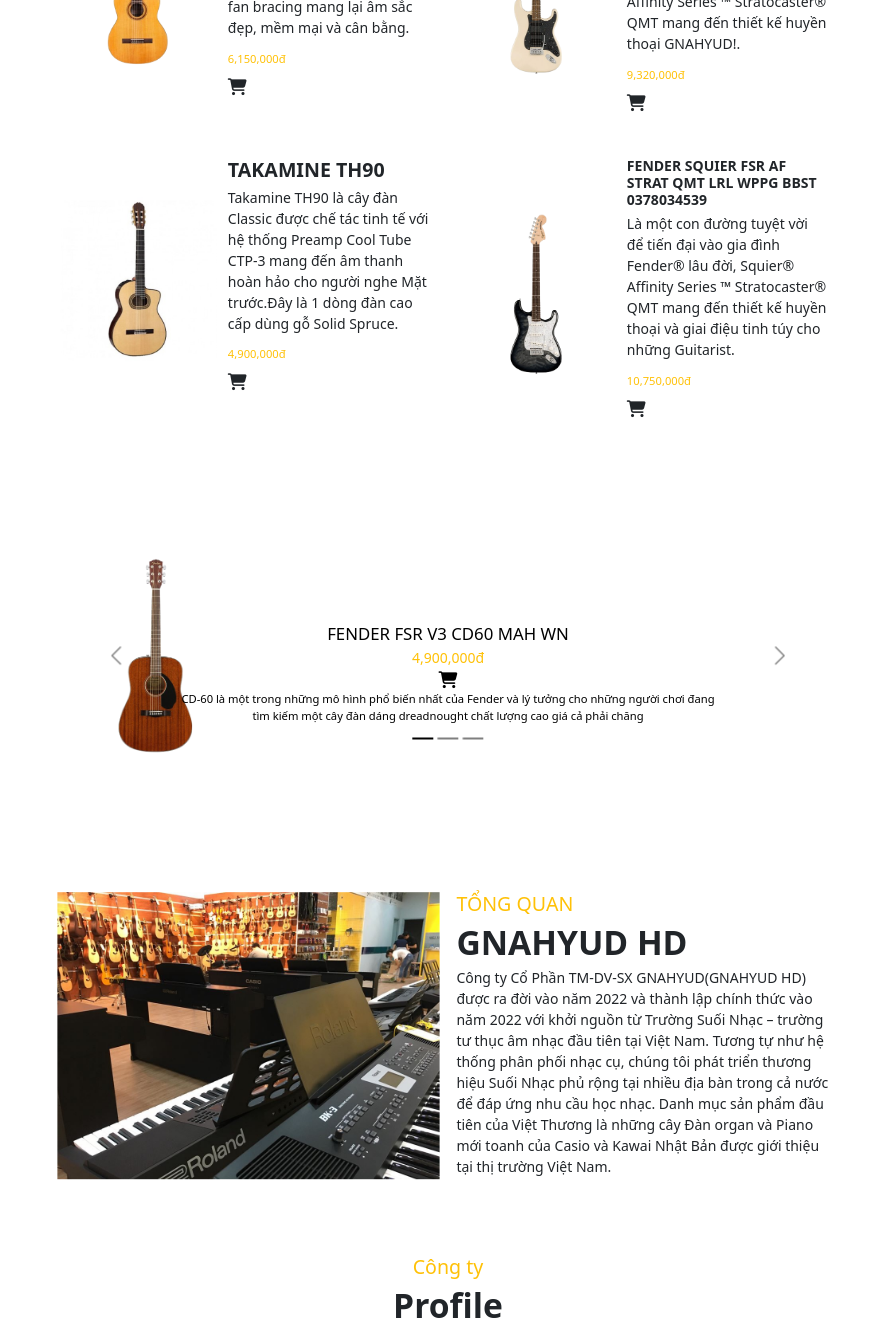
Repository: HoangDuy315/guitar
Page: index.html
The author's editor kept a copy of each file at every save. The page is drawn from the files as they stood at one save, then again after the next save.
The browser window is 1280 px wide. The pictures show the part of the page from y = 1441 to 3361 px (the page is 4970 px tall), at 70% of full size.
Some web libraries are served in a nearby version.

Above is the page before, as saved 2022-09-17 20:15:51.

After the next save:
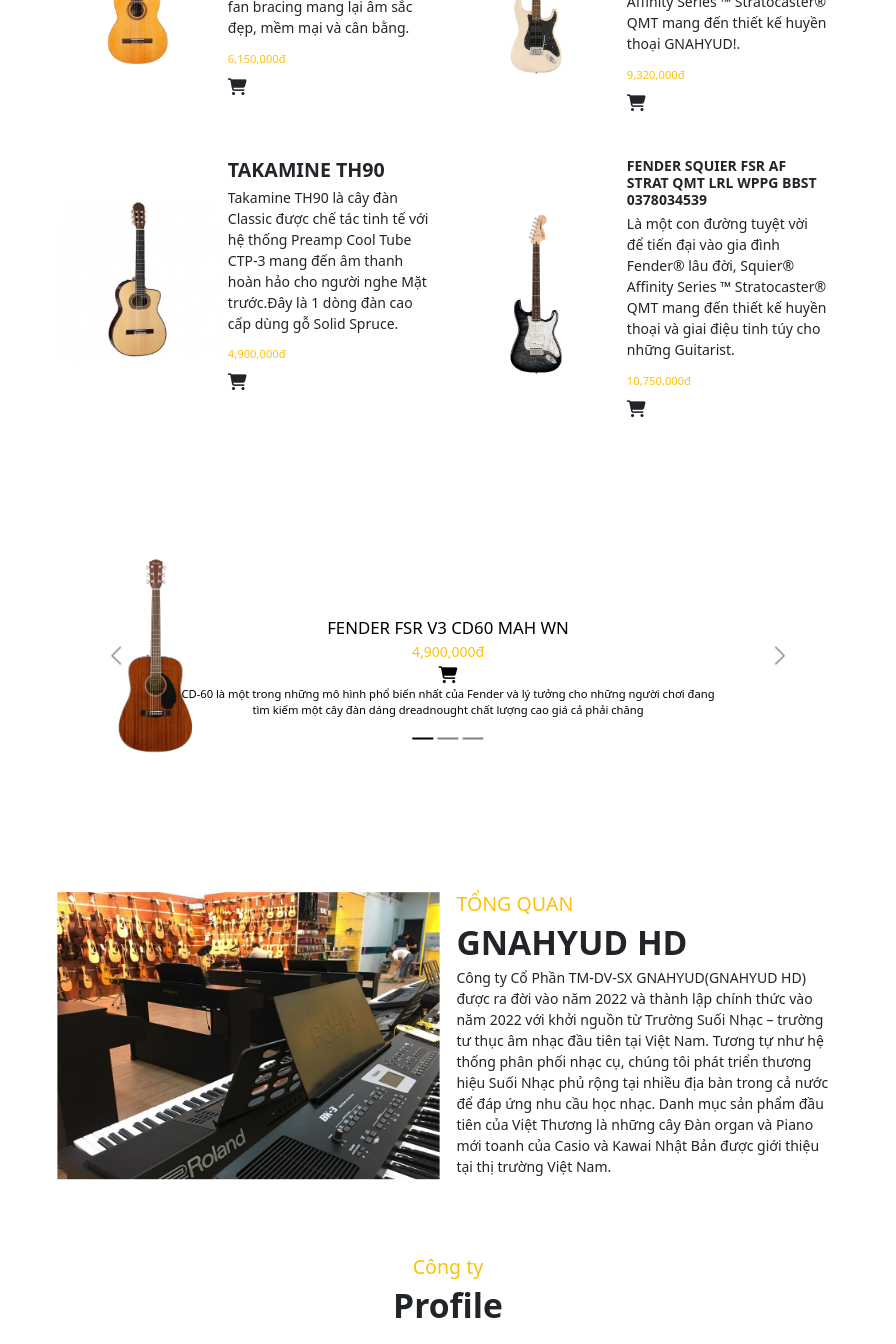
Saved 6 s later.
--- a/index.html
+++ b/index.html
@@ -214,7 +214,7 @@
                             <h3 class="fs-4">FENDER FSR V3 CD60 MAH WN</h3>
                             <h5 class="text-warning">4,900,000đ</h5>
                             <i class="fa-solid fa-cart-shopping fs-4"></i>
-                            <p class="fs-8 text-center mb-2">CD-60 là một trong những mô hình phổ biến nhất của Fender và lý tưởng cho những người chơi đang tìm kiếm một cây đàn dáng dreadnought chất lượng cao giá cả phải chăng</p>
+                            <p class="fs-8 text-center">CD-60 là một trong những mô hình phổ biến nhất của Fender và lý tưởng cho những người chơi đang tìm kiếm một cây đàn dáng dreadnought chất lượng cao giá cả phải chăng</p>
                           </div>
                         </div>
                         <div class="carousel-item" data-bs-interval="2000">
